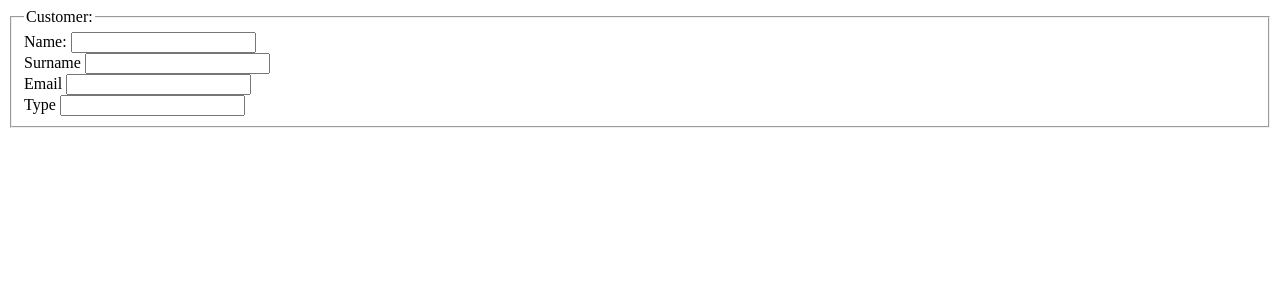
Repository: wisni4k/html-trainee
Page: testWeb/WebContent/Formularz.html
An editor plug-in stored every save of this project. The page is shown before and after the next save, followed by the edit.
The browser window is 1280 px wide. The pictures show the whole page.

Above is the page before, as saved 2015-07-10 11:26:36.

### testWeb/WebContent/Formularz.html
<!DOCTYPE html>
<html>
<head>
<meta charset="UTF-8">
<title>Insert title here</title>
</head>
<body>

	<form>
		<fieldset>
			<legend>Customer:</legend>
			Name: <input type="text"><br>
			Surname <input type="text"><br>
			Email <input type="text"><br>
			Type <input type="text">
		</fieldset>
	</form>


</body>
</html>

After the next save:
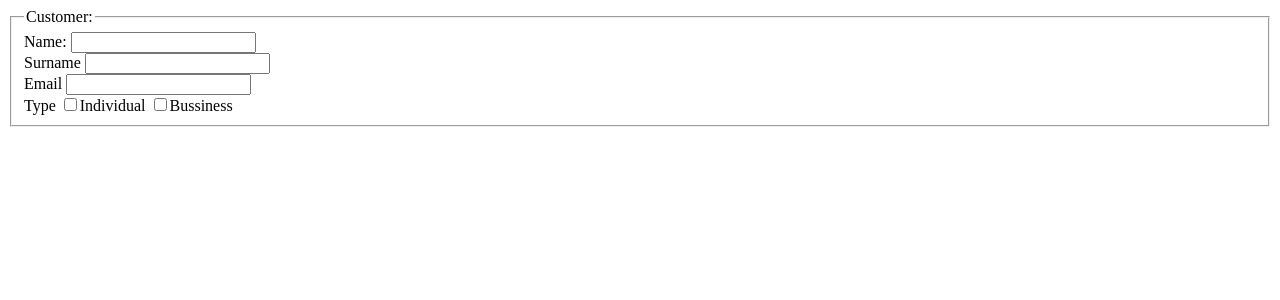
Saved 107 s later.
--- a/testWeb/WebContent/Formularz.html
+++ b/testWeb/WebContent/Formularz.html
@@ -12,7 +12,8 @@
 			Name: <input type="text"><br>
 			Surname <input type="text"><br>
 			Email <input type="text"><br>
-			Type <input type="text">
+			Type <input type="checkbox" name="vehicle" value="Bike">Individual
+				 <input type="checkbox" name="vehicle" value="Car">Bussiness
 		</fieldset>
 	</form>
 
